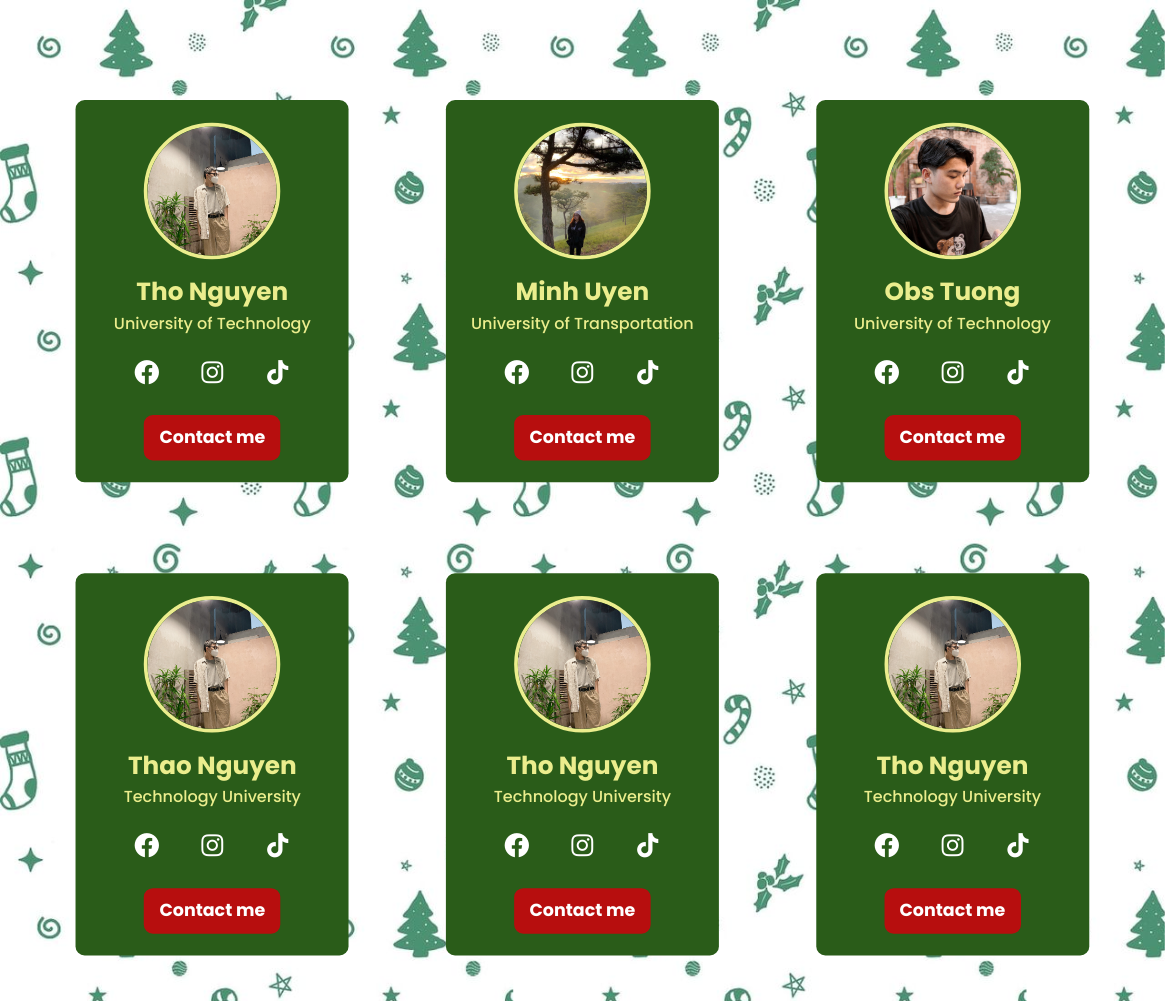
Repository: lausamtuong/profileCard
Page: index.html
The author's editor kept a copy of each file at every save. The page is drawn from the files as they stood at one save, then again after the next save.
The browser window is 1280 px wide. The pictures show the whole page, at 91% of full size.
The style sheet was rebuilt from its Sass, Less or Tailwind sources for each picture, by a compiler version that may differ from the author's.

Above is the page before, as saved 2021-12-14 18:48:57.

After the next save:
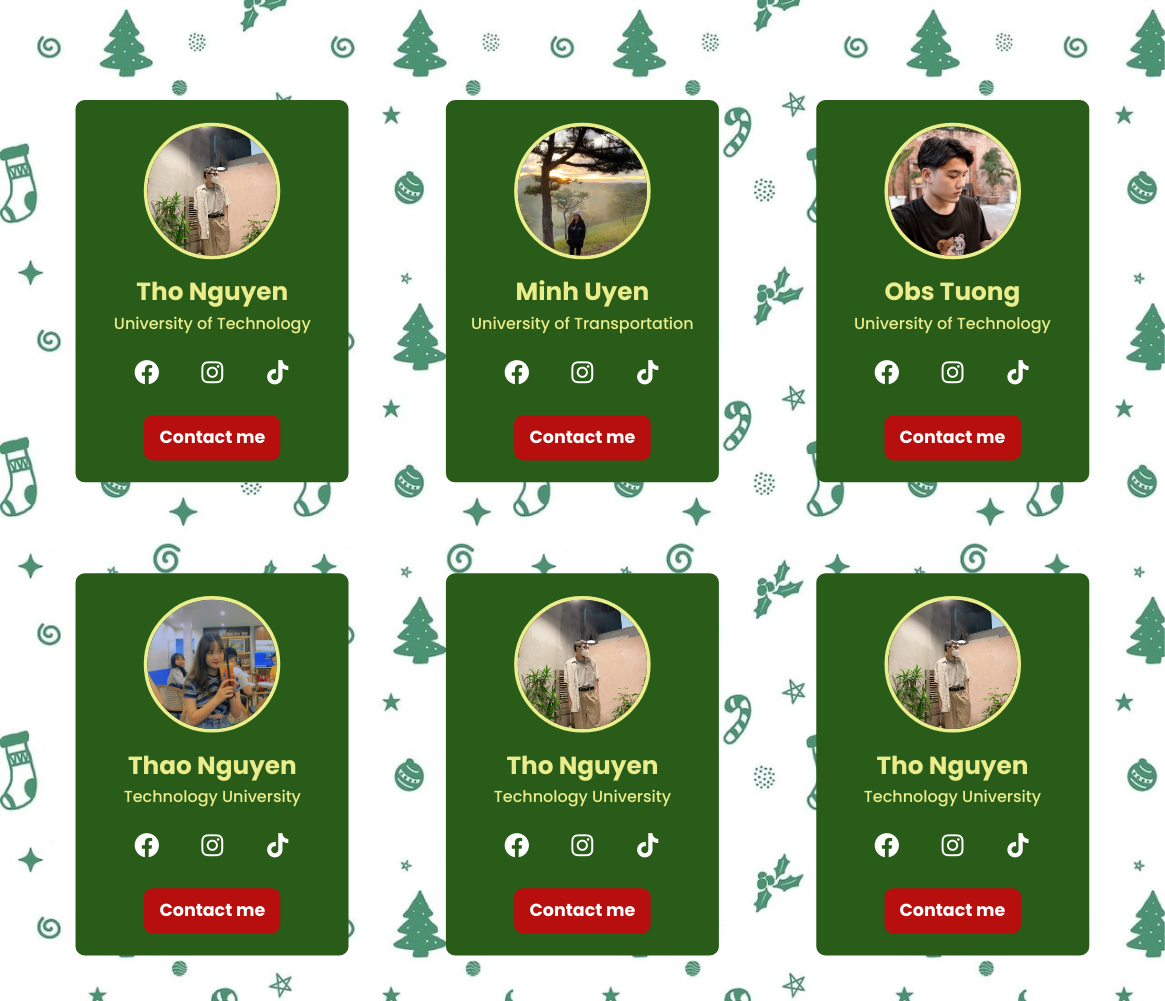
Saved 4 s later.
--- a/index.html
+++ b/index.html
@@ -66,7 +66,7 @@
         <div class="card__item">
 
             <div class="card__image">
-                <img src="tho.jpg" alt="">
+                <img src="nguyen.jpg" alt="">
             </div>
             <div class="card__name">Thao Nguyen</div>
             <div class="card__school">Technology University</div>
